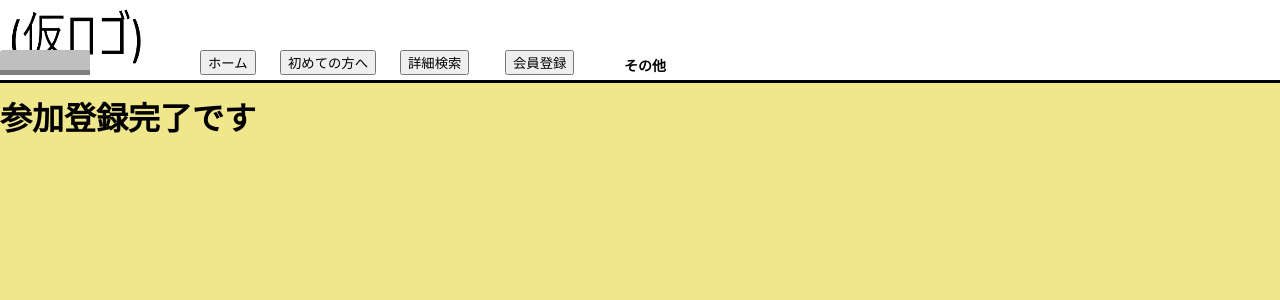
Repository: k0816/backup-master
Page: http://localhost/cycle/partyJoinComplete .jsp
These files come from the project's save history. The page is drawn as it stood at one moment and after the next save; the edit follows.
The browser window is 1280 px wide. The pictures show the whole page.
The page is served by Tomcat 9. Other server files are loaded and not shown.

Above is the page before, as saved 2018-01-18 05:04:07.

### cycle/WebContent/partyJoinComplete .jsp
<%@ page language="java" contentType="text/html; charset=UTF-8"
    pageEncoding="UTF-8"%>
    <%@ taglib prefix="s" uri="/struts-tags"%>
<!DOCTYPE html PUBLIC "-//W3C//DTD HTML 4.01 Transitional//EN" "http://www.w3.org/TR/html4/loose.dtd">
<html>
<head>
<meta http-equiv="Content-Type" content="text/html; charset=UTF-8">
<title>Insert title here</title>
</head>
<body>
<jsp:include page="/includeHeader.jsp" flush="true" />

<h1>参加登録完了です</h1>
</body>
</html>

### cycle/WebContent/includeHeader.jsp
<%@ page language="java" contentType="text/html; charset=UTF-8"
	pageEncoding="UTF-8"%>
<%@ taglib prefix="s" uri="/struts-tags"%>
<!DOCTYPE html PUBLIC "-//W3C//DTD HTML 4.01 Transitional//EN" "http://www.w3.org/TR/html4/loose.dtd">
<html>
<head>

<meta http-equiv="Content-Type" content="text/html; charset=utf-8" />
<meta http-equiv="Content-Style-Type" content="text/css" />
<meta http-equiv="Content-Script-Type" content="text/javascript" />
<meta http-equiv="imagetoolbar" content="no" />
<meta name="description" content="" />
<meta name="keywords" content="" />

<script type="text/javascript" >

</script>

<title>ヘッダー記述</title>

<style type="text/css">

/*背景設定*/
body {
	/* background: url("./image/wood.jpg"); */
	background-color: #F0E68C;
	margin: 0;
	padding: 0;
	}

#header {
	width: 100%;
	height: 80px;
	background-color: white;
	border-bottom: 3px solid black;
	position: fixed;
}

#welcome {
    position: absolute;
	left: 200px;
	top:20px;
}

.botan {
	position: absolute;
	top: 50px;
}

#home {
	position: absolute;
	left: 200px;
}

#new {
	position: absolute;
	left: 280px;
}

#search {
	position: absolute;
	left: 400px;
}

#createORmypage {
	position: absolute;
	left: 505px;
}

#other{
    position: absolute;
    left: 600px;
}


/* ドロップダウンメニュー設定 */
#dropmenu {
	list-style-type: none;
	width: 90px;
	height: 20px;
	margin: 0px auto 0px;
	padding: 0;
	background: #bfbfbf;
	border-bottom: 5px solid #7f7f7f;
	border-radius: 3px 3px 0 0;
	position: absolute;

}

#dropmenu li {
	position: relative;
	width: 100%;
	float: left;
	margin: 0;
	padding: 0;
	text-align: center;
}

#dropmenu li a {
	display: block;
	margin: 0;
	padding: 10px ;
	color: #000000;
	font-size: 14px;
	font-weight: bold;
	line-height: 1;
	text-decoration: none;
}

#dropmenu li:hover>a {
	background: #bfbfbf;
	color: black;
}

#dropmenu>li:hover>a {
	border-radius: 3px 3px 0 0;
}

#dropmenu li ul {
	list-style: none;
	position: absolute;
	top: 100%;
	left: 0;
	margin: 0;
	padding: 0;
	border-radius: 0 0 3px 3px;
}

#dropmenu li ul li {
	overflow: hidden;
	width: 100%;
	height: 0;
	color: #fff;
	-moz-transition: .2s;
	-webkit-transition: .2s;
	-o-transition: .2s;
	-ms-transition: .2s;
	transition: .2s;
}

#dropmenu li ul li a {
	padding: 13px 13px;
	background:#bfbfbf;
	text-align: center;
	font-size: 12px;
	font-weight: normal;
}

#dropmenu li:hover ul li {
	overflow: visible;
	height: 38px;
	border-top: 1px solid #bfbfbf;
	border-bottom: 1px solid #616d0b;
}

#dropmenu li:hover ul li:first-child {
	border-top: 0;
}

#dropmenu li:hover ul li:last-child {
	border-bottom: 0;
}

#dropmenu li:hover ul li:last-child a {
	border-radius: 0 0 3px 3px;
}
</style>

</head>
<body>

	<div id="header">
		<img src="image\logotest.jpg" width="150" height="80">

		<div id="welcome">
		<s:if test="#session.loginUser != null">
		ようこそ！<s:property value="#session.loginUser.getUserName()" escape="false" />様！
		</s:if>

		</div>


		<div class="botan">

			<div id="home">
				<form action="GoHomeAction">
					<input type="submit" value="ホーム" />
				</form>
			</div>
			<div id="new">
				<form action="ToNewUserAction">
					<input type="submit" value="初めての方へ" />
				</form>
			</div>
			<div id="search">
				<form action="PartySearchAction">
					<input type="submit" value="詳細検索" />
				</form>
			</div>

			<div id="createORmypage">
					<s:if test="#session.loginUser != null">
				<ul id="dropmenu">
				<li><a href="#">マイページ</a>
					<ul>
						<li><a href="ToNewUserAction">お知らせ</a></li>
						<li><a href="#">会社概要</a></li>
						<li><a href="#">お問い合わせ</a></li>
						<li><s:if test="#session.loginUser != null"> <a href = "LogoutAction">ログアウト</a></s:if></li>
					</ul>
				</li>
			</ul>
					</s:if>
				<s:else>
				<form action="UserCreateAction">
					<input type="submit" value="会員登録" />
				</form>
				</s:else>
			</div>

			<ul id="dropmenu">
				<li id=other><a href="#">その他</a>
					<ul>
						<li><a href="ToNewUserAction">お知らせ</a></li>
						<li><a href="#">会社概要</a></li>
						<li><a href="#">お問い合わせ</a></li>
						<li><s:if test="#session.loginUser != null"> <a href = "LogoutAction">ログアウト</a></s:if></li>
					</ul>
				</li>
				</div>
			</ul>
		</div>
	</div>
	<br>
	<br>
	<br>
	<br>


</body>
</html>

After the next save:
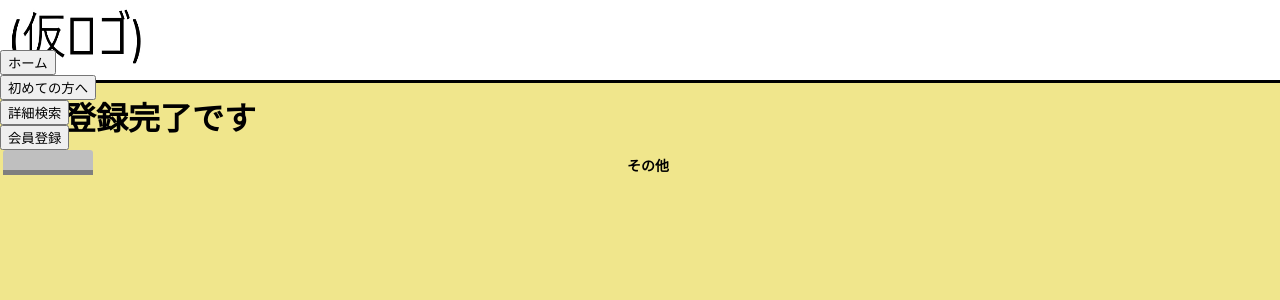
Saved 61 s later.
--- a/cycle/WebContent/includeHeader.jsp
+++ b/cycle/WebContent/includeHeader.jsp
@@ -48,27 +48,22 @@
 }
 
 #home {
-	position: absolute;
 	left: 200px;
 }
 
 #new {
-	position: absolute;
 	left: 280px;
 }
 
 #search {
-	position: absolute;
 	left: 400px;
 }
 
 #createORmypage {
-	position: absolute;
 	left: 505px;
 }
 
 #other{
-    position: absolute;
     left: 600px;
 }
 
@@ -83,8 +78,6 @@
 	background: #bfbfbf;
 	border-bottom: 5px solid #7f7f7f;
 	border-radius: 3px 3px 0 0;
-	position: absolute;
-
 }
 
 #dropmenu li {

After the save that followed:
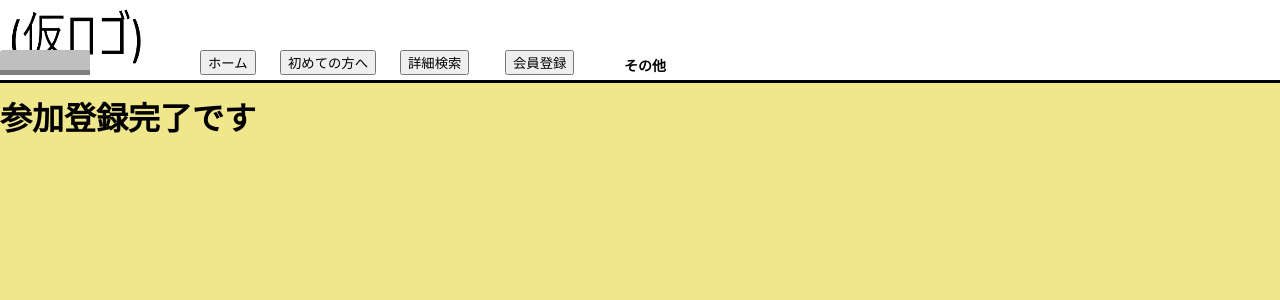
Saved 18 s later.
--- a/cycle/WebContent/includeHeader.jsp
+++ b/cycle/WebContent/includeHeader.jsp
@@ -48,22 +48,27 @@
 }
 
 #home {
+	position: absolute;
 	left: 200px;
 }
 
 #new {
+	position: absolute;
 	left: 280px;
 }
 
 #search {
+	position: absolute;
 	left: 400px;
 }
 
 #createORmypage {
+	position: absolute;
 	left: 505px;
 }
 
 #other{
+    position: absolute;
     left: 600px;
 }
 
@@ -78,6 +83,8 @@
 	background: #bfbfbf;
 	border-bottom: 5px solid #7f7f7f;
 	border-radius: 3px 3px 0 0;
+	position: absolute;
+
 }
 
 #dropmenu li {
